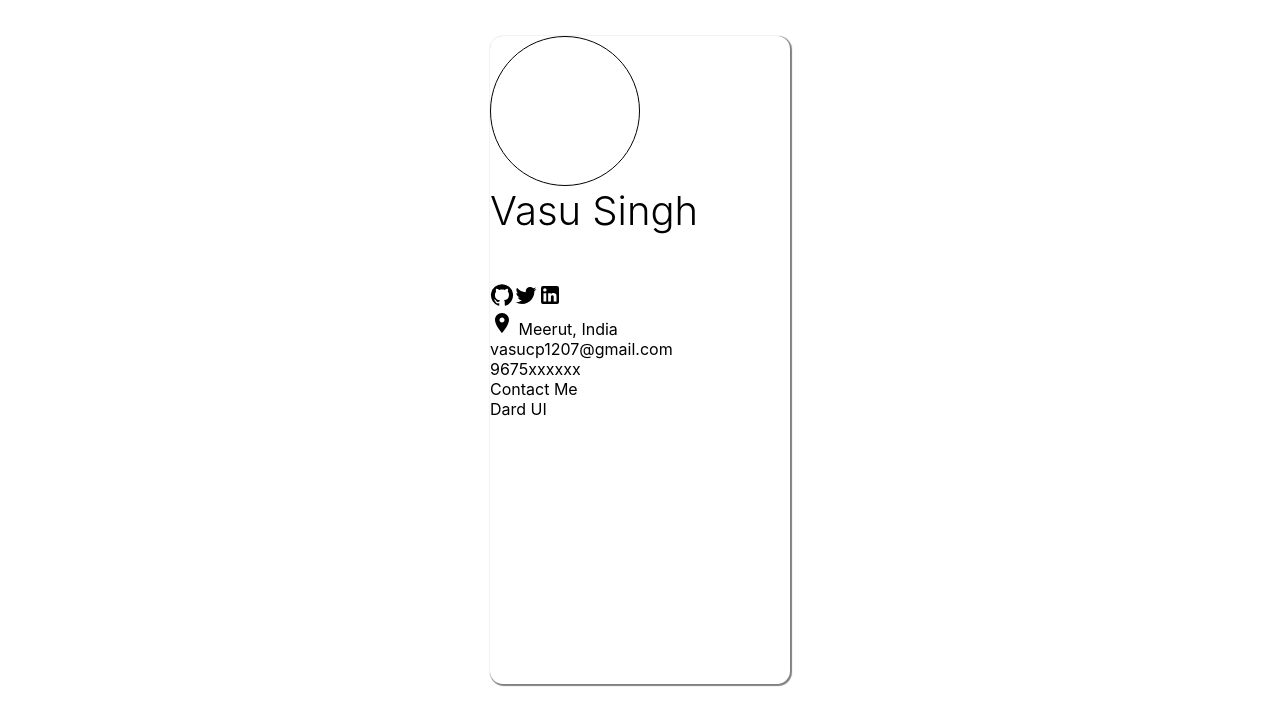
Repository: vasucp1207/grid-port
Page: /about
The author's editor kept a copy of each file at every save. The page is drawn from the files as they stood at one save, then again after the next save.
The browser window is 1280 px wide. The pictures show the whole page.
Some web fonts or font styles are not loaded; a fallback is used. The project was rebuilt for these pictures with package versions that can differ from the ones it lists, and the page was loaded fresh each time. Also part of the build but not shown: src/pages/Home.js, src/pages/Projects.js.

Above is the page before, as saved 2022-08-16 22:10:40.

After the next save:
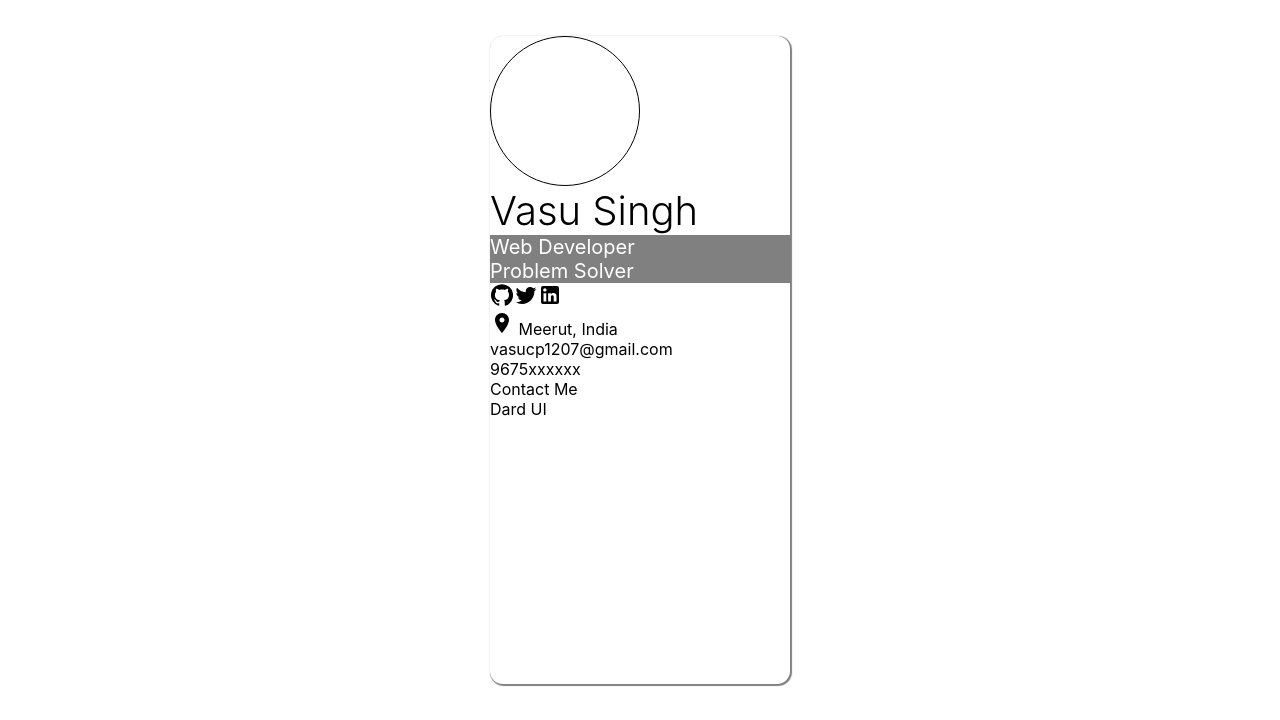
Saved 5 s later.
--- a/src/pages/AboutMe.js
+++ b/src/pages/AboutMe.js
@@ -87,7 +87,7 @@ const Left = styled.div`
 
     .sim-btn{
         font-size: 20px;
-        background-image: gray;
+        background: gray;
         color: white;
     }
 `
